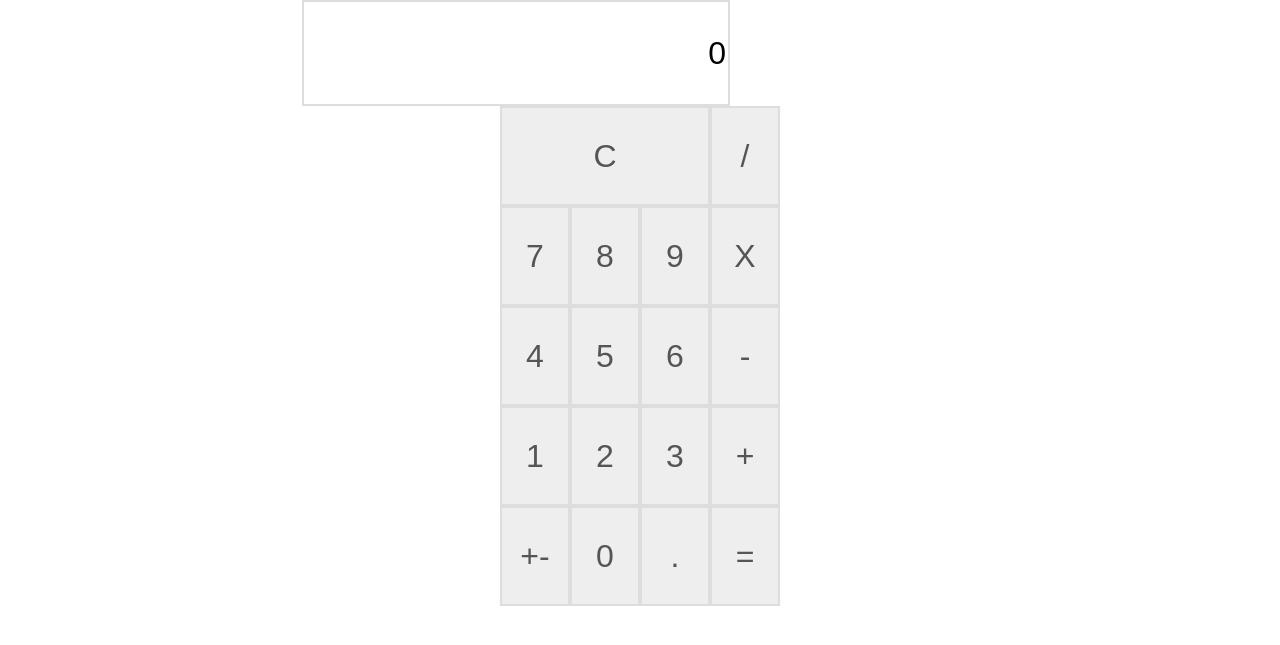
Repository: aaronmatei/react-calc
Page: /
These files come from the project's save history. The page is drawn as it stood at one moment and after the next save; the edit follows.
The browser window is 1280 px wide. The pictures show the whole page.
The project was rebuilt for these pictures with package versions that can differ from the ones it lists, and the page was loaded fresh each time.

Above is the page before, as saved 2019-12-13 11:17:04.

### src/App.js
import React, { Component } from "react";
import Button from "./components/Button";
import "./App.css";
import "./css/styles.css";

class App extends Component {
	state = {
		current: "0",
		previous: [],
	};

	reset = () => {
		this.setState({ result: "0" });
	};
	addToCurrent = symbol => {
		this.setState({ current: this.state.current + symbol });
	};

	render() {
		const buttons = [
			{ symbol: "C", cols: 3, action: this.reset },
			{ symbol: "/", cols: 1, action: this.addToCurrent },
			{ symbol: "7", cols: 1, action: this.addToCurrent },
			{ symbol: "8", cols: 1, action: this.addToCurrent },
			{ symbol: "9", cols: 1, action: this.addToCurrent },
			{ symbol: "X", cols: 1, action: this.addToCurrent },
			{ symbol: "4", cols: 1, action: this.addToCurrent },
			{ symbol: "5", cols: 1, action: this.addToCurrent },
			{ symbol: "6", cols: 1, action: this.addToCurrent },
			{ symbol: "-", cols: 1, action: this.addToCurrent },
			{ symbol: "1", cols: 1, action: this.addToCurrent },
			{ symbol: "2", cols: 1, action: this.addToCurrent },
			{ symbol: "3", cols: 1, action: this.addToCurrent },
			{ symbol: "+", cols: 1, action: this.addToCurrent },
			{ symbol: "+-", cols: 1, action: this.addToCurrent },
			{ symbol: "0", cols: 1, action: this.addToCurrent },
			{ symbol: ".", cols: 1, action: this.addToCurrent },
			{ symbol: "=", cols: 1, action: this.addToCurrent },
		];
		return (
			<div className='App'>
				<input className='result' type='text' value={this.state.current} onChange={null} />

				{buttons.map((btn, idx) => {
					return (
						<Button key={idx} symbol={btn.symbol} cols={btn.cols} action={symbol => btn.action(symbol)} />
					);
				})}
			</div>
		);
	}
}

export default App;

### src/components/Button.jsx
import React, { Component } from "react";

class Button extends Component {
	render() {
		return (
			<div className={`column-${this.props.cols}`}>
				<button className='calc-button' onClick={() => this.props.action(this.props.symbol)}>
					{this.props.symbol}
				</button>
			</div>
		);
	}
}

export default Button;

### src/App.css
.App {
	text-align: center;
	align-items: center;
	padding-left: 500px;
	padding-right: 500px;
	margin-right: auto;
	margin-left: auto;
	width: auto;
}

### src/css/styles.css
.column-3 {
	width: 75%;
	float: left;
}
.column-2 {
	width: 50%;
	float: left;
}
.column-1 {
	width: 25%;
	float: left;
}
button.calc-button {
	width: 100%;
	height: 100px;
	border: 2px solid #ddd;
	background: #eee;
	font-size: 32px;
	color: #555;
}

input.result {
	height: 100px;
	width: auto;
	border: 2px solid #ddd;
	text-align: right;
	font-size: 32px;
	position: relative;
	max-width: 100vw;
	margin-right: 50px;
	float: right;
}

Loaded but not shown: src/index.js (common file); src/index.css (common file); src/serviceWorker.js (common file)

After the next save:
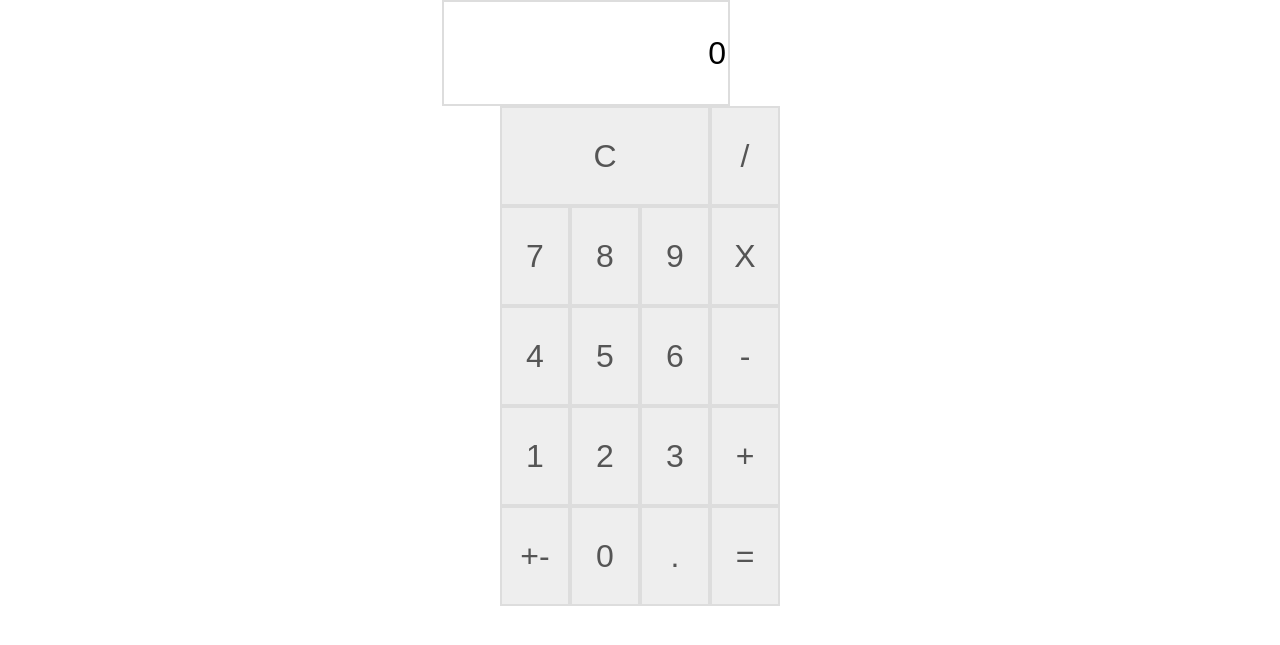
Saved 60 s later.
--- a/src/css/styles.css
+++ b/src/css/styles.css
@@ -21,7 +21,7 @@
 
 input.result {
 	height: 100px;
-	width: auto;
+	width: 100%;
 	border: 2px solid #ddd;
 	text-align: right;
 	font-size: 32px;

After the save that followed:
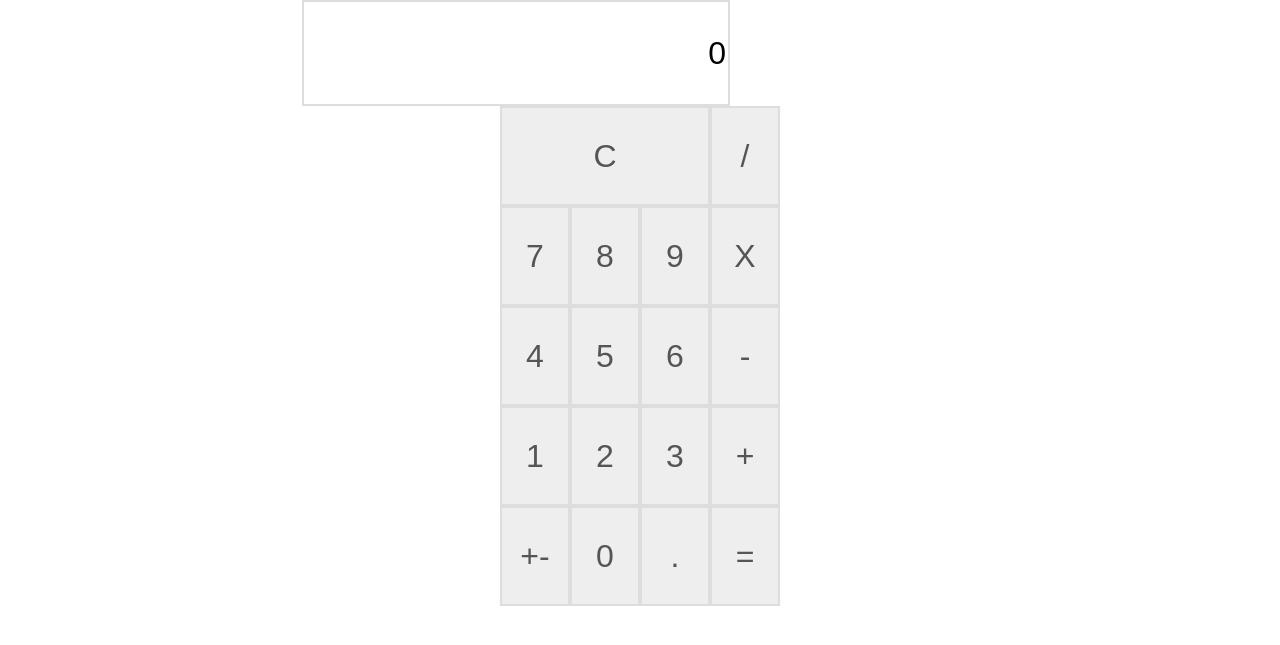
Saved 23 s later.
--- a/src/css/styles.css
+++ b/src/css/styles.css
@@ -21,7 +21,7 @@
 
 input.result {
 	height: 100px;
-	width: 100%;
+	width: auto;
 	border: 2px solid #ddd;
 	text-align: right;
 	font-size: 32px;
